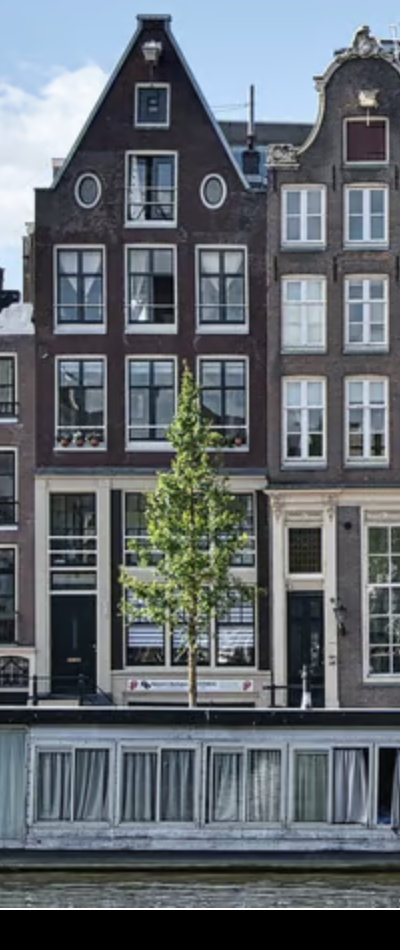
Repository: Ehye-tech/CloudResize
Script's output: python CloudResizeApp/cloudResize.py
These files come from the project's save history. The script's output is drawn as it stood at one moment and after the next save; the edit follows.
Random numbers start from a fixed seed. It also reads CloudResizeApp/buildings.jpg.

Above is the script's output before, as saved 2024-08-10 11:59:50.
Error: NameError: name 'cropped_img' is not defined

After the next save:
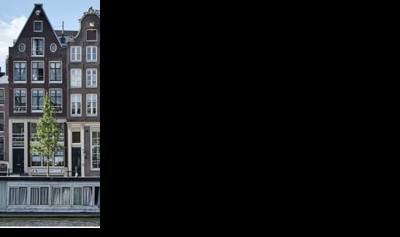
The error is gone.
Saved 16 s later.
--- a/CloudResizeApp/cloudResize.py
+++ b/CloudResizeApp/cloudResize.py
@@ -15,8 +15,9 @@ type(img)
 
 # extract one building from all buildings
 cropped = img.crop((300,50,700,1000))
-cropped.show()
+# cropped.show()
 
-low_res_img = cropped_img.resize(
+low_res_img = cropped.resize(
     (cropped.width//4, cropped.height//4)
 )
+low_res_img.show()
